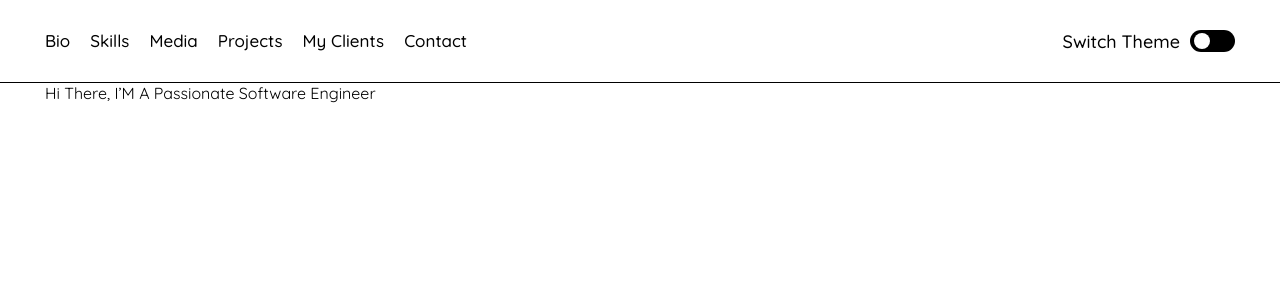
Repository: benarafa1/personal-website
Page: index.html
An editor plug-in stored every save of this project. The page is shown before and after the next save, followed by the edit.
The browser window is 1280 px wide. The pictures show the whole page.

Above is the page before, as saved 2025-04-12 05:41:44.

After the next save:
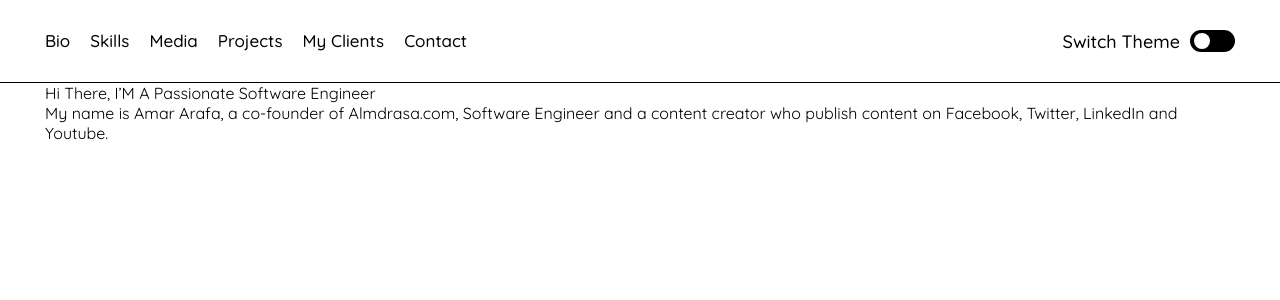
Saved 60 s later.
--- a/index.html
+++ b/index.html
@@ -42,7 +42,11 @@
         <h1 class="bio__heading">
           Hi There, I’M A Passionate Software Engineer
         </h1>
-        <p class="bio__objevtive"></p>
+        <p class="bio__objevtive">
+          My name is <span class="bio__name">Amar Arafa</span>, a co-founder of
+          Almdrasa.com, Software Engineer and a content creator who publish
+          content on Facebook, Twitter, LinkedIn and Youtube.
+        </p>
       </section>
     </div>
   </body>
